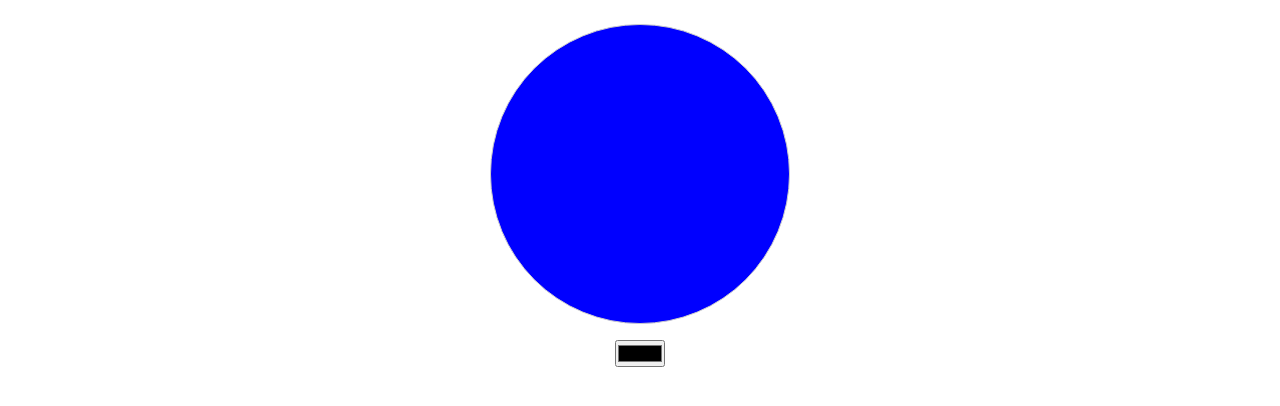
Repository: CarlosEduardoVdeOliveira/100_dias_de_codigo
Page: Dia 11/index.html
The author's editor kept a copy of each file at every save. The page is drawn from the files as they stood at one save, then again after the next save.
The browser window is 1280 px wide. The pictures show the whole page.

Above is the page before, as saved 2024-09-13 13:56:24.

After the next save:
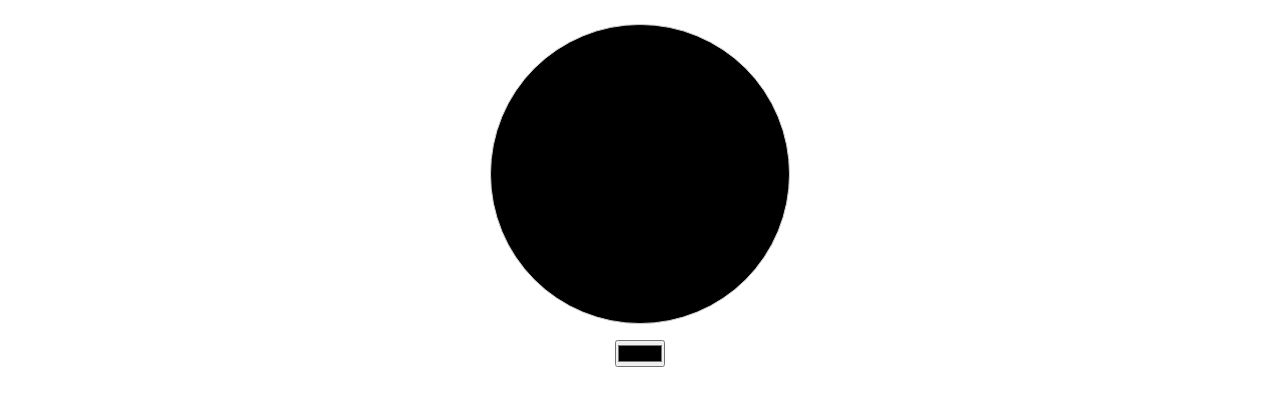
Saved 30 s later.
--- a/Dia 11/script.js
+++ b/Dia 11/script.js
@@ -4,4 +4,4 @@ const input = document.querySelector("#input-shape-color")
 function changeCircleColor(color) {
   div.style.background = color;
 }
-changeCircleColor("blue")
+changeCircleColor(input.value)
